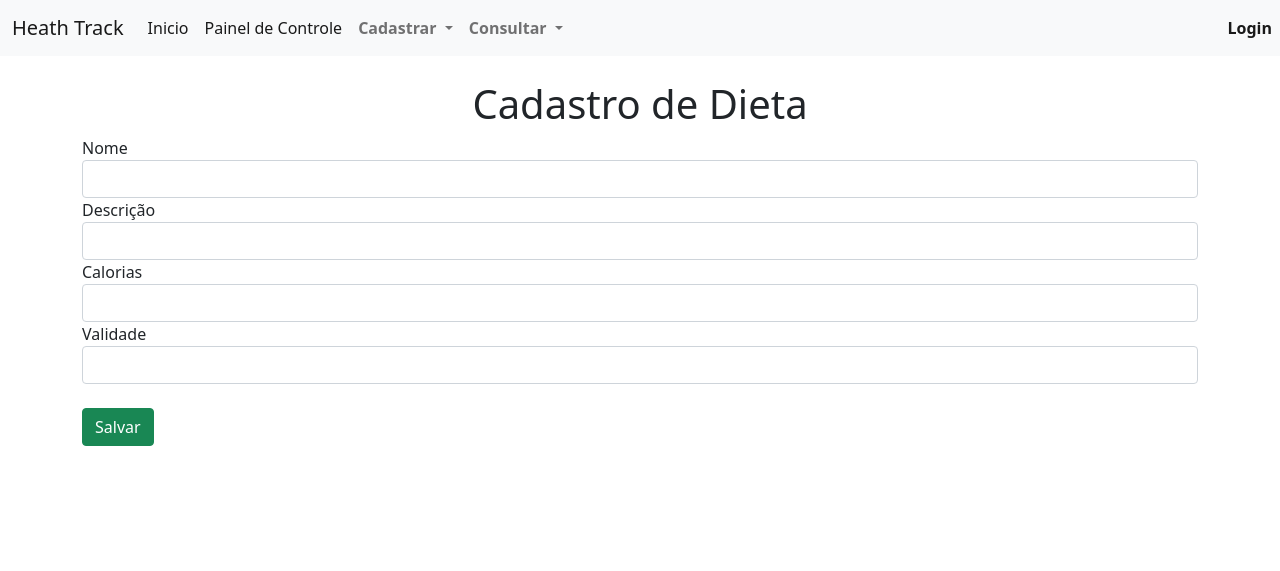
Repository: FellipySantos/HealthTrack_Finalizado
Page: http://localhost/JSPs/cadastro-treino.jsp
The author's editor kept a copy of each file at every save. The page is drawn from the files as they stood at one save, then again after the next save.
The browser window is 1280 px wide. The pictures show the whole page.
The page is served by Tomcat 9.

Above is the page before, as saved 2021-11-16 03:25:20.

After the next save:
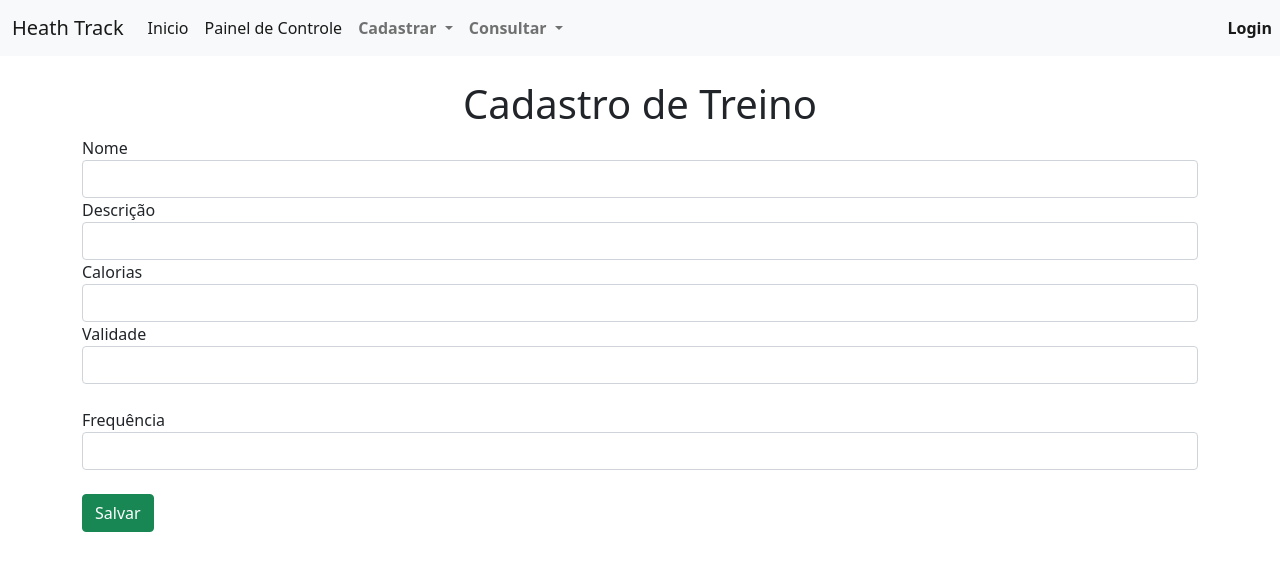
Saved 5 min 57 s later.
--- a/JSP/JSPs/WebContent/cadastro-treino.jsp
+++ b/JSP/JSPs/WebContent/cadastro-treino.jsp
@@ -5,21 +5,21 @@
 <html>
 <head>
 <meta http-equiv="Content-Type" content="text/html; charset=ISO-8859-1">
-<title>Cadastro de Dieta</title>
+<title>Cadastro de Treino</title>
 <%@ include file="header.jsp" %>
 </head>
 <body>
 <%@ include file="menu.jsp" %>
 <div class="container">
     <br>
-	<h1><center>Cadastro de Dieta</center></h1>
+	<h1><center>Cadastro de Treino</center></h1>
 	<c:if test="${not empty msg }">
 		<div class="alert alert-success">${msg}</div>
 	</c:if>
 	<c:if test="${not empty erro }">
 		<div class="alert alert-danger">${erro}</div>
 	</c:if>
-	<form action="dieta" method="post">
+	<form action="treino" method="post">
 		<input type="hidden" value="cadastrar" name="acao">
 		<div class="form-group">
 			<label for="id-nome">Nome</label>
@@ -38,6 +38,11 @@
 			<input type="text" name="validade" id="id-validade" class="form-control">
 		</div>
 		<br>
+		<div class="form-group">
+			<label for="id-frequencia">Frequência</label>
+			<input type="text" name="frequencia" id="id-frequencia" class="form-control">
+		</div>
+		<br>
 		<input type="submit" value="Salvar" class="btn btn-success">
 	</form>
 </div>
